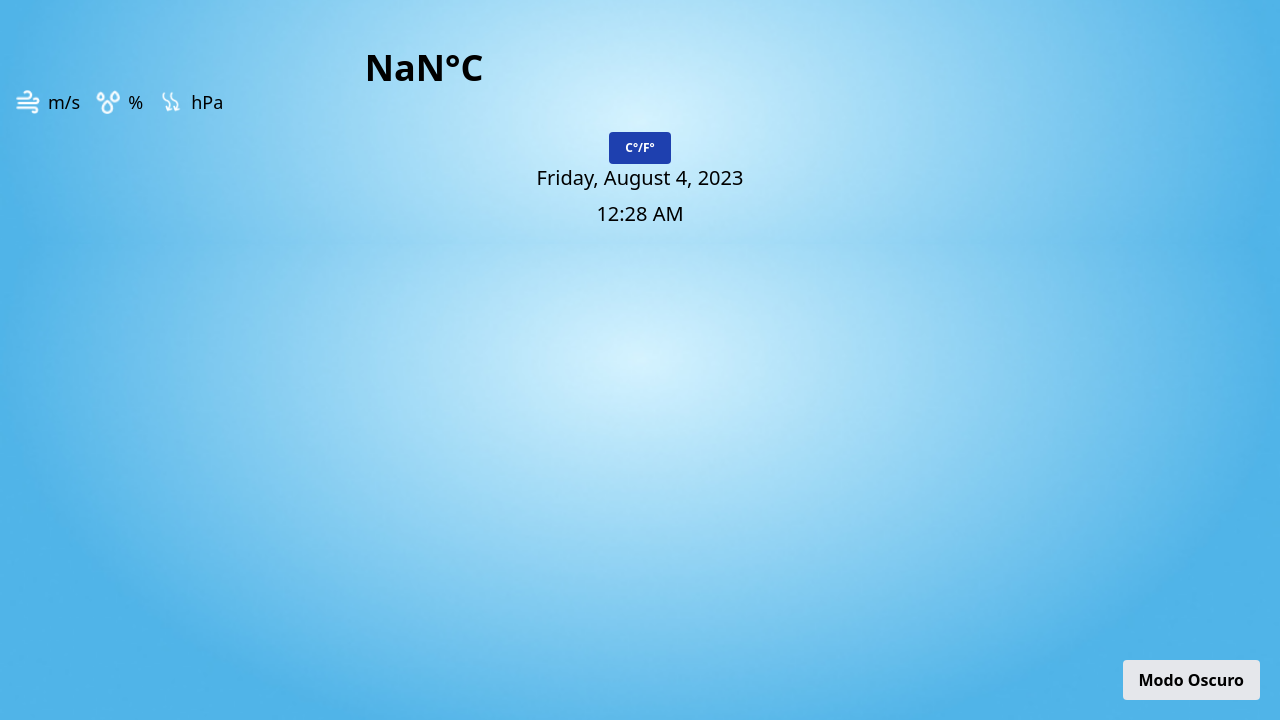
Repository: LukasMoyano/WeatherApp-_-LukasMoyano-_-V-_4.0_6.6.6
Page: /
The author's editor kept a copy of each file at every save. The page is drawn from the files as they stood at one save, then again after the next save.
The browser window is 1280 px wide. The pictures show the whole page.
The page's requests for data from a server got no answer. The project was rebuilt for these pictures with package versions that can differ from the ones it lists, and the page was loaded fresh each time. No one was signed in, and anything a server would have sent is missing. Also part of the build but not shown: vite.config.js.

Above is the page before, as saved 2023-08-06 22:27:10.

After the next save:
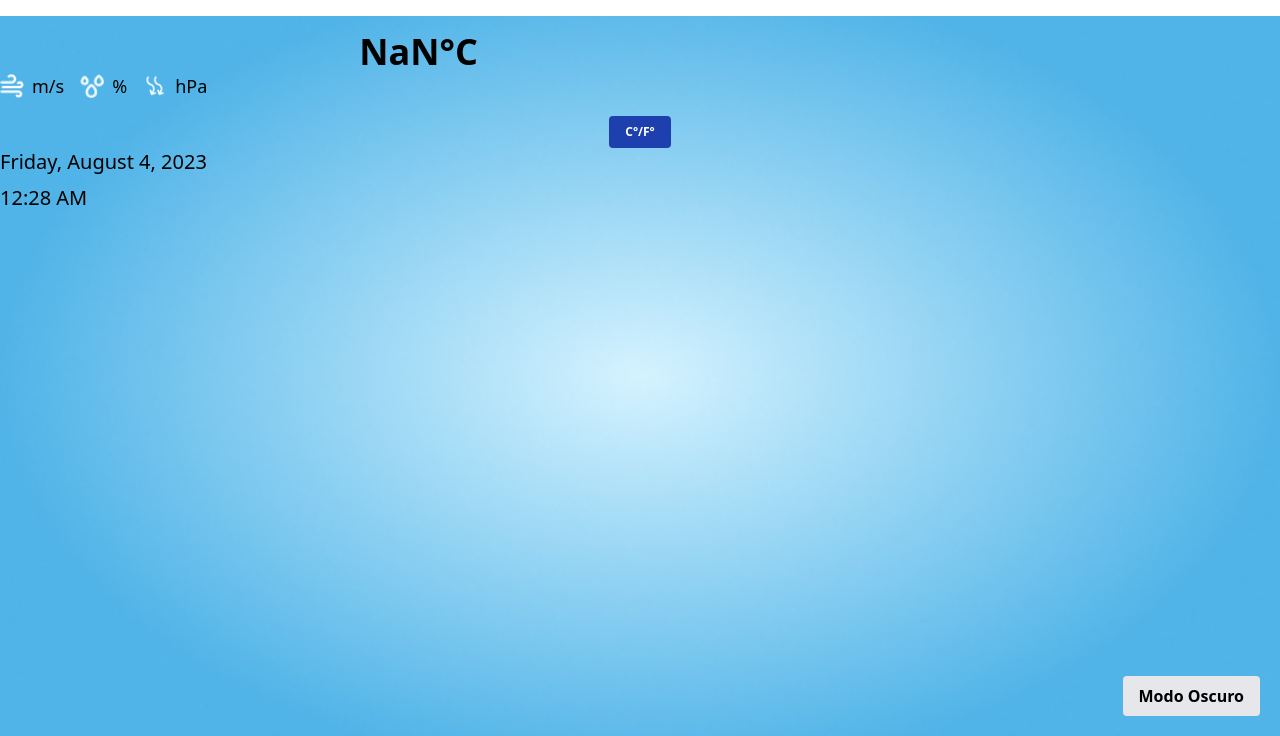
Saved 63 s later.
--- a/src/components/Weather.jsx
+++ b/src/components/Weather.jsx
@@ -35,21 +35,7 @@ const Weather = ({ weatherInfo, isDarkMode }) => {
 
   return (
     <div
-      className={`my-auto mx-auto items-center justify-center p-4 rounded-lg text-center ${
-        isDarkMode
-          ? "bg-black bg-opacity-50 text-white"
-          : "bg-white bg-opacity-70 text-black"
-      }`}
-      style={{
-        backgroundImage: `url(${
-          isDarkMode
-            ? "public/background/image002_Dark version.jpg"
-            : "public/background/image001_LightVersion.jpg"
-        })`,
-        backgroundSize: "cover",
-        backgroundPosition: "center",
-      }}
-    >
+      className="">
       <div className="flex flex-col md:flex-row md:items-start mt-4">
         <div className="md:w-2/3 md:mr-4">
           <h2 className="text-2xl font-bold mb-4">{weatherInfo?.name}</h2>
